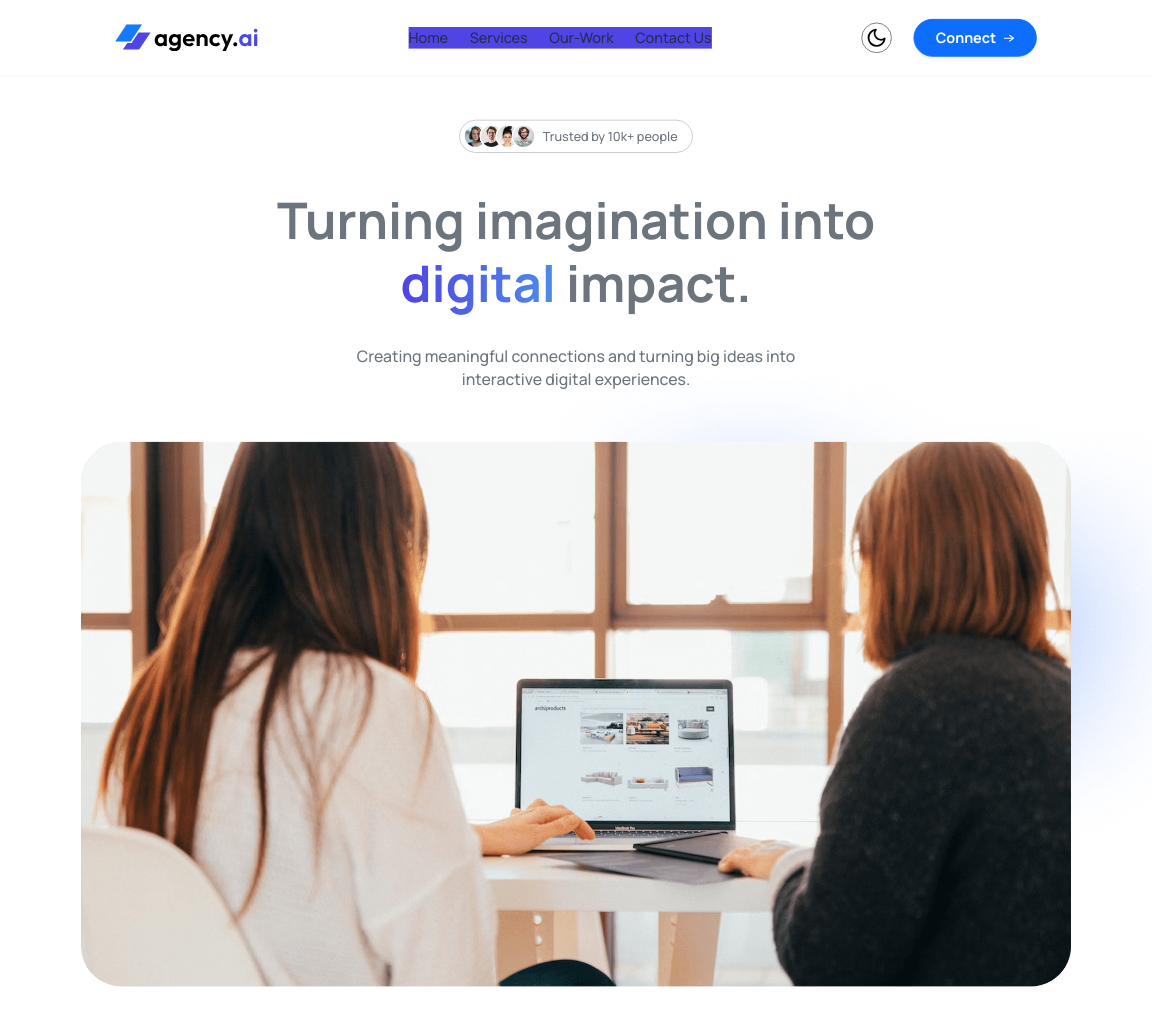
Repository: RAMADAN975/modern-agency-portfolio
Page: /
These files come from the project's save history. The page is drawn as it stood at one moment and after the next save; the edit follows.
The browser window is 1280 px wide. The pictures show the whole page, at 90% of full size.
The project was rebuilt for these pictures with package versions that can differ from the ones it lists, and the page was loaded fresh each time. Also part of the build but not shown: vite.config.js.

Above is the page before, as saved 2026-03-23 21:33:45.

After the next save:
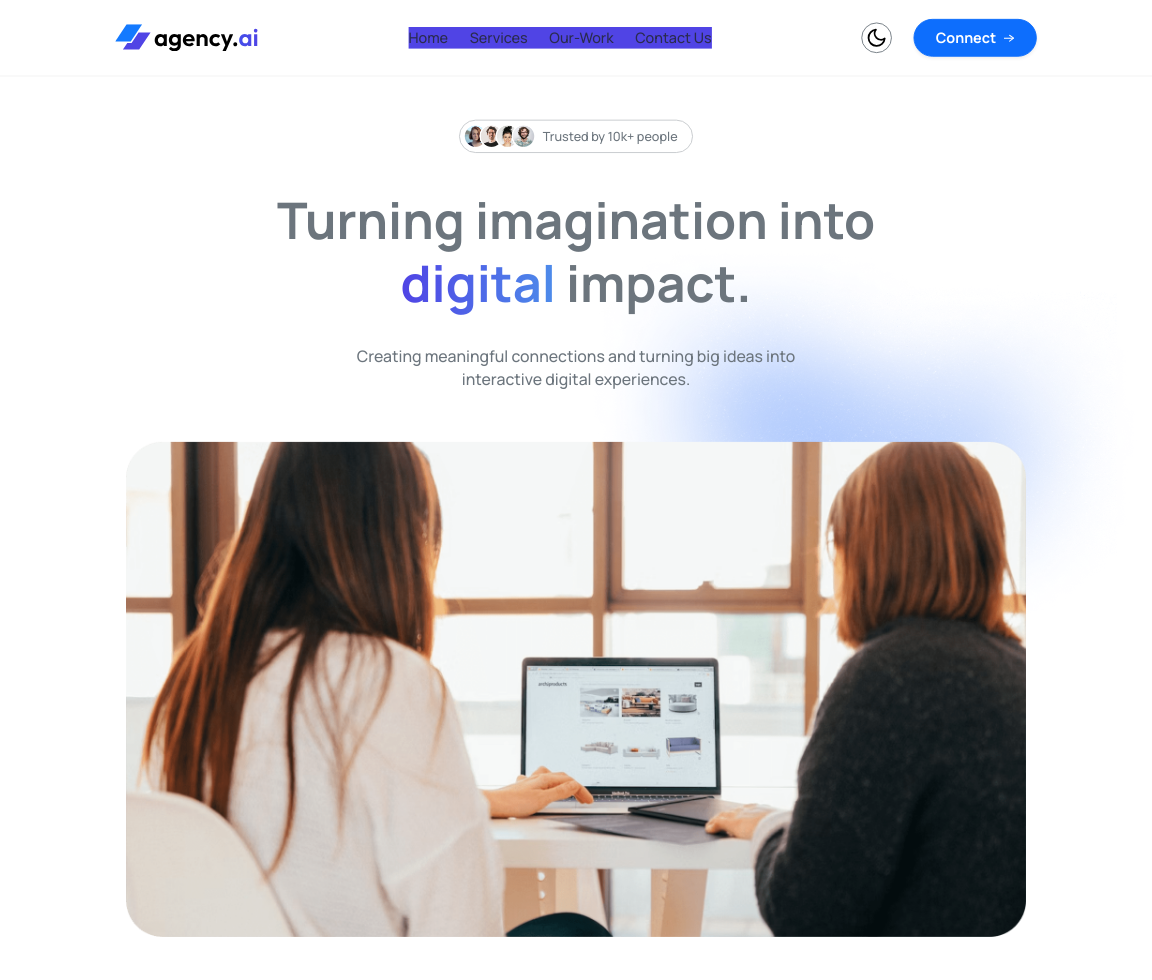
Saved 4 min 53 s later.
--- a/src/Components/Hero.jsx
+++ b/src/Components/Hero.jsx
@@ -23,15 +23,17 @@
                 Creating meaningful connections and turning big ideas into interactive digital experiences.
             </p>
 
+            {/* منطقة الصور - Image Section */}
             <div className="position-relative w-100 d-flex justify-content-center">
-                {/* الصورة الأساسية تبقى دائماً */}
-                <img src={assets.hero_img} alt="Hero" className="img-fluid z-1" style={{ maxWidth: '1100px' }} />
+                {/* الصورة الأساسية */}
+                <img src={assets.hero_img} alt="Hero" className="img-fluid position-relative z-1" style={{ maxWidth: '1000px' }} />
 
-                {/* الصورة الزرقاء تختفي في الوضع الليلي بفضل كلاس d-dark-none */}
+                {/* الصورة الزرقاء (الخلفية) - تم استخدام اختصارات الموضع */}
                 <img
                     src={assets.bgImage1}
                     alt=""
-                    className="position-absolute hero-bg-decor d-dark-none"
+                    className="position-absolute top-0 end-0 translate-middle-y z-n1 d-none d-md-block"
+                    style={{ width: '50%', opacity: 0.6, right: '-10%', pointerEvents: 'none' }}
                 />
             </div>
 
